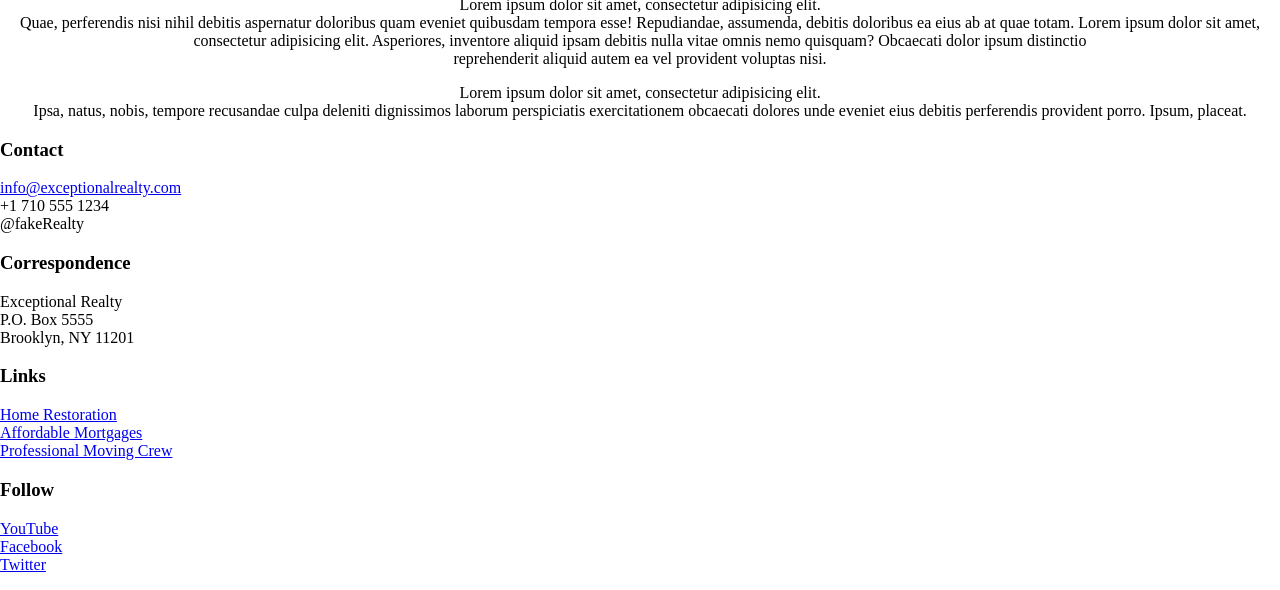
Repository: peterclermy232/phase-0-css-fundamentals-lab
Page: index.html
These files come from the project's save history. The page is drawn as it stood at one moment and after the next save; the edit follows.
The browser window is 1280 px wide. The pictures show the part of the page from y = 456 to 1064 px (the page is 1046 px tall before and 1064 px after).
A picture or video elsewhere on the page could not be fetched, so the positions and the page height are approximate.

Above is the page before, as saved 2022-05-29 19:38:28.

### index.html
<!DOCTYPE html>
<html lang="en">
  <head>
    <meta charset="UTF-8">
    <title>Exceptional Realty Group - Luxury Homes - About</title>
    <!-- Don't forget to link your CSS file! -->
    <link rel="stylesheet" href="./style.css">
  </head>
  <body>
    <header>
      <!-- logo -->
      <h1>Exceptional Realty Group</h1>

      <nav>
        <a href="index.html">About</a>
        <a href="new-properties.html">New Properties</a>
        <a href="real-estate-listings.html">Listings</a>
        <a href="market-report.html">Market Report</a>
        <a href="contact.html">Contact</a>
        <a href="http://hud.gov" target="_blank">H.U.D.</a>
      </nav>
    </header>

    <section id="featured-property">
      <figure>
        <img src="images/intro-pic.jpg" alt="A beautiful living room." title="Welcome to Exceptional Realty Group">
        <figcaption>345 Carl Street Apt 12, Carrol Rd. Brooklyn, NY - Photo by Denise Richards.</figcaption>
      </figure>

      <p class="text">Lorem ipsum dolor sit amet, consectetur adipisicing elit.<br> Quae, perferendis nisi nihil debitis aspernatur doloribus quam eveniet quibusdam tempora esse! Repudiandae, assumenda, debitis doloribus ea eius ab at quae totam. Lorem ipsum dolor sit amet, consectetur adipisicing elit. Asperiores, inventore aliquid ipsam debitis nulla vitae omnis nemo quisquam? Obcaecati dolor ipsum distinctio<br> reprehenderit aliquid autem ea vel provident voluptas nisi.</p>
      <p class="text">Lorem ipsum dolor sit amet, consectetur adipisicing elit. <br>Ipsa, natus, nobis, tempore recusandae culpa deleniti dignissimos laborum perspiciatis exercitationem obcaecati dolores unde eveniet eius debitis perferendis provident porro. Ipsum, placeat.</p>
    </section>

    <section id="details">
      <div>
        <h3>Contact</h3>
        <p>
          <a href="mailto:info@exceptionalrealty.com">info@exceptionalrealty.com</a><br>
          +1 710 555 1234<br>
          @fakeRealty
        </p>
      </div>

      <div>
        <h3>Correspondence</h3>
        <p>
          Exceptional Realty<br>
          P.O. Box 5555<br>
          Brooklyn, NY 11201
        </p>
      </div>

      <div>
        <h3>Links</h3>
        <p>
          <a href="#" target="_blank">Home Restoration</a><br>
          <a href="#" target="_blank">Affordable Mortgages</a><br>
          <a href="#" target="_blank">Professional Moving Crew</a>
        </p>
      </div>

      <div>
        <h3>Follow</h3>
        <p>
          <a href="#" target="_blank">YouTube</a><br>
          <a href="#" target="_blank">Facebook</a><br>
          <a href="#" target="_blank">Twitter</a>
        </p>
      </div>
    </section>
  </body>
</html>

### style.css
body {
  width: 100%;
  height: 100%;
  margin: 0;
}

h1{
  text-align: center;

}
nav{
  text-align: center;
}
figure{
  text-align: center;
}
.text{
  text-align: center;
}

After the next save:
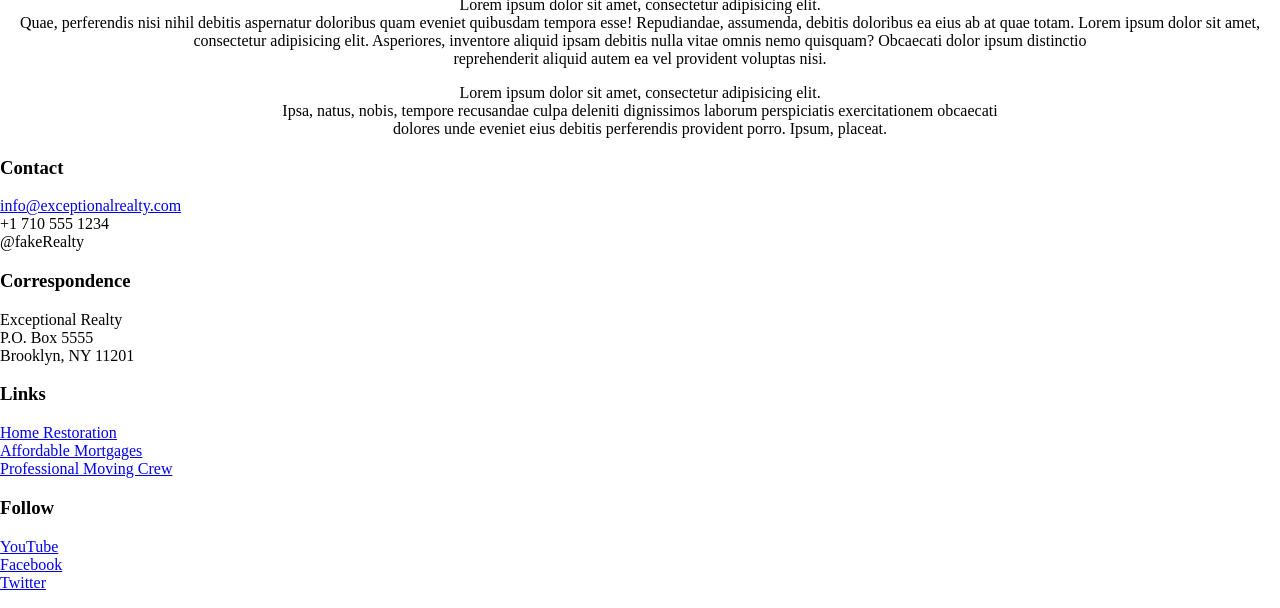
Saved 15 s later.
--- a/index.html
+++ b/index.html
@@ -28,7 +28,7 @@
       </figure>
 
       <p class="text">Lorem ipsum dolor sit amet, consectetur adipisicing elit.<br> Quae, perferendis nisi nihil debitis aspernatur doloribus quam eveniet quibusdam tempora esse! Repudiandae, assumenda, debitis doloribus ea eius ab at quae totam. Lorem ipsum dolor sit amet, consectetur adipisicing elit. Asperiores, inventore aliquid ipsam debitis nulla vitae omnis nemo quisquam? Obcaecati dolor ipsum distinctio<br> reprehenderit aliquid autem ea vel provident voluptas nisi.</p>
-      <p class="text">Lorem ipsum dolor sit amet, consectetur adipisicing elit. <br>Ipsa, natus, nobis, tempore recusandae culpa deleniti dignissimos laborum perspiciatis exercitationem obcaecati dolores unde eveniet eius debitis perferendis provident porro. Ipsum, placeat.</p>
+      <p class="text">Lorem ipsum dolor sit amet, consectetur adipisicing elit. <br>Ipsa, natus, nobis, tempore recusandae culpa deleniti dignissimos laborum perspiciatis exercitationem obcaecati<br> dolores unde eveniet eius debitis perferendis provident porro. Ipsum, placeat.</p>
     </section>
 
     <section id="details">
